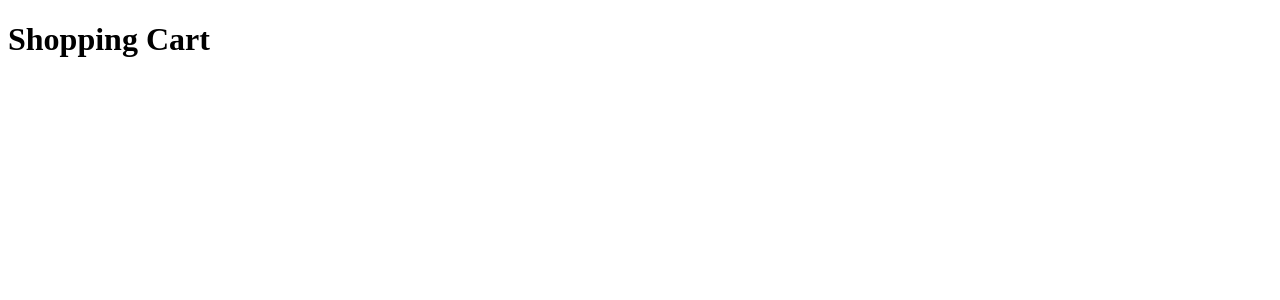
Repository: Mankelvo/Cat
Page: index.html
An editor plug-in stored every save of this project. The page is shown before and after a run of saves, followed by the edit.
The browser window is 1280 px wide. The pictures show the whole page.

Above is the page before, as saved 2026-02-12 20:43:20.

### index.html
<!DOCTYPE html>
<html lang="en">
<head>
    <meta charset="UTF-8">
    <meta name="viewport" content="width=device-width, initial-scale=1.0">
    <title>Cart Logic challenge</title>
    <link rel="stylesheet" link="styles.css">
</head>
<body>
   <div class="container">
<h1>Shopping Cart</h1>
<div class="input-container">
    <label></label>
</div>
<div class="btn-container"></div>
   </div>
</body>
</html>

After the next 2 saves:
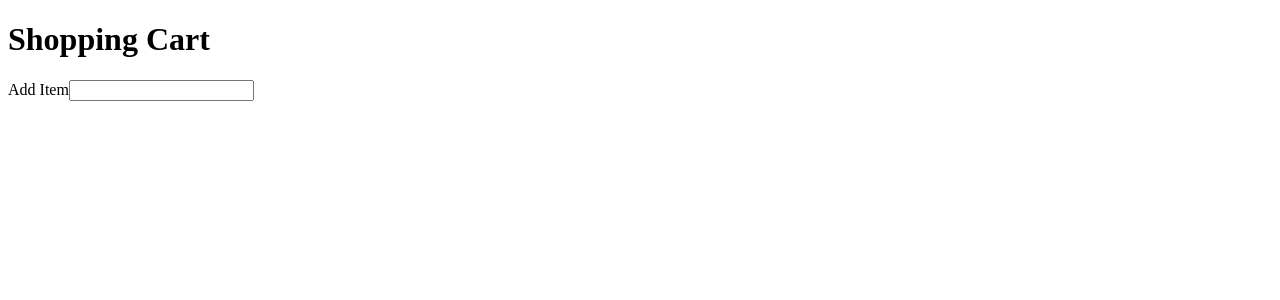
The 2 saves are shown as one change because they came seconds apart.
The last was saved 7 s later.
--- a/index.html
+++ b/index.html
@@ -10,7 +10,7 @@
    <div class="container">
 <h1>Shopping Cart</h1>
 <div class="input-container">
-    <label></label>
+    <label>Add Item<input></label>
 </div>
 <div class="btn-container"></div>
    </div>
